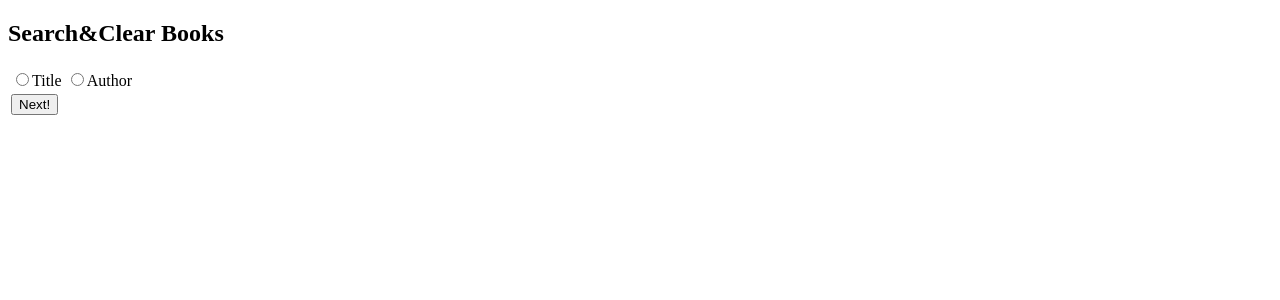
Repository: trangtruc/Java_NangCao
Page: http://localhost/Demo_Database/form.jsp
An editor plug-in stored every save of this project. The page is shown before and after the next save, followed by the edit.
The browser window is 1280 px wide. The pictures show the whole page.
The page is served by Tomcat 9. Other server files are loaded and not shown.

Above is the page before, as saved 2017-03-11 18:38:01.

### Buoi4/Demo_Database/WebContent/form.jsp
<%@ page language="java" contentType="text/html; charset=ISO-8859-1"
    pageEncoding="UTF-8"%>
<!DOCTYPE html PUBLIC "-//W3C//DTD HTML 4.01 Transitional//EN" "http://www.w3.org/TR/html4/loose.dtd">
<html>
<head>
<meta http-equiv="Content-Type" content="text/html; charset=ISO-8859-1">
<title>Check</title>

</head>
<body>
	<h2>Search&Clear Books</h2>
	<form method="POST" action="Myeshop.jsp">
	<table>
		<tr>
			<td>
				<input type="radio" name="ra" value="title"/>Title
				<input type="radio" name="ra" value="author"/>Author
			</td>
		</tr>

		<tr>
			<td>
            <input type="submit" value="Next!"/>

			</td>
		</tr>

	</table>
	</form>

</body>
</html>

After the next save:
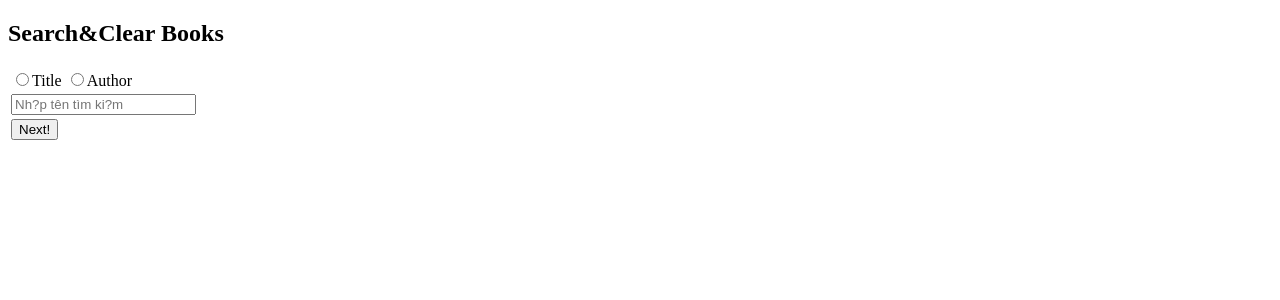
Saved 2 days later.
--- a/Buoi4/Demo_Database/WebContent/form.jsp
+++ b/Buoi4/Demo_Database/WebContent/form.jsp
@@ -17,7 +17,11 @@
 				<input type="radio" name="ra" value="author"/>Author
 			</td>
 		</tr>
-
+		<tr>
+			<td>
+				<input type="text" name="key" placeholder="Nhập tên tìm kiếm"/>
+			</td>
+		</tr>
 		<tr>
 			<td>
             <input type="submit" value="Next!"/>
